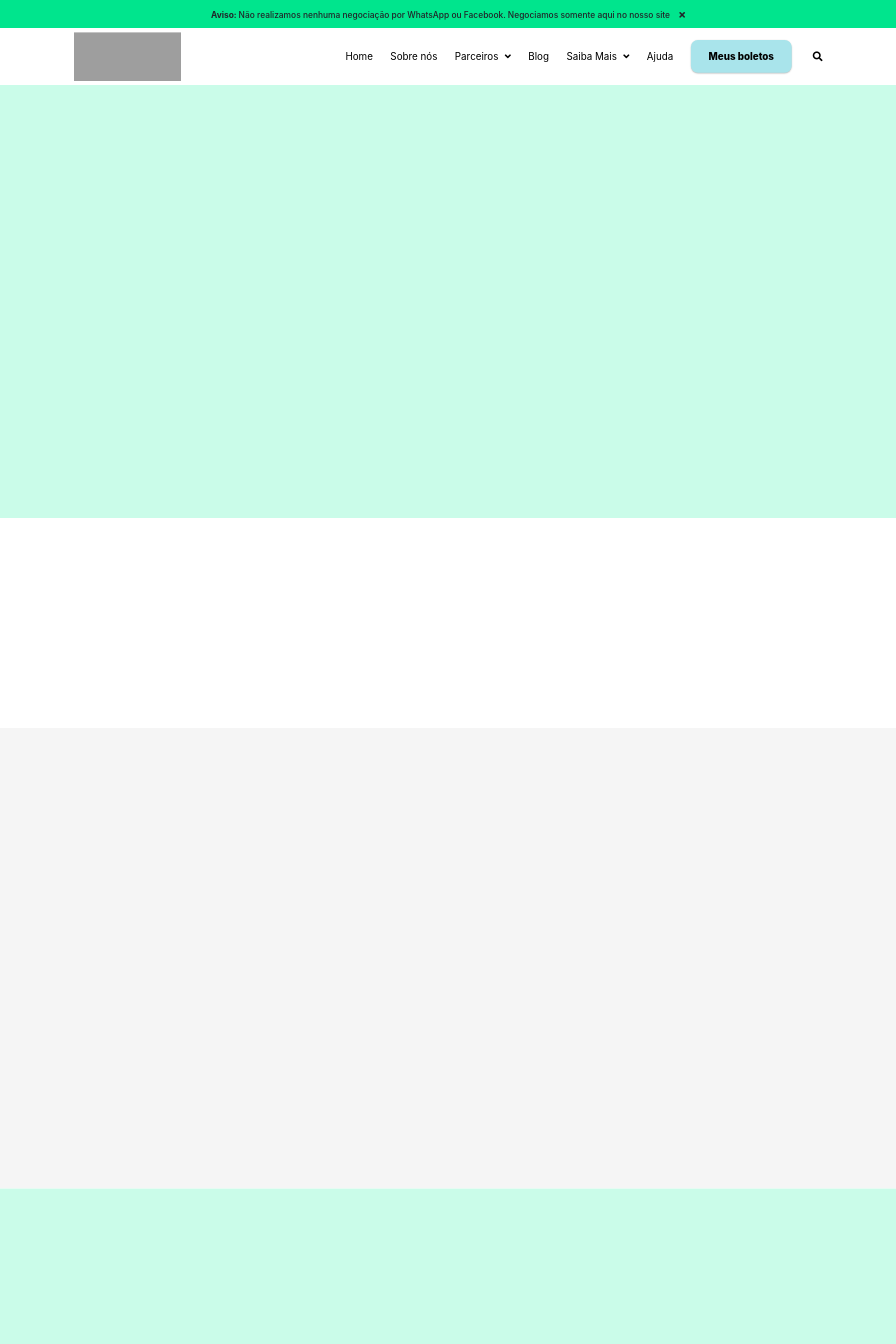
Repository: dasilvaoscar/estudos
Page: Layouts/index.html
An editor plug-in stored every save of this project. The page is shown before and after the next save, followed by the edit.
The browser window is 1280 px wide. The pictures show the part of the page from y = 0 to 1920 px (the page is 5030 px tall), at 70% of full size.
Pictures or frames that could not be fetched are drawn as grey boxes. Some web fonts or font styles are not loaded; a fallback is used.

Above is the page before, as saved 2021-02-01 09:57:33.
Console error: TypeError: Cannot read properties of null (reading 'style')

After the next save:
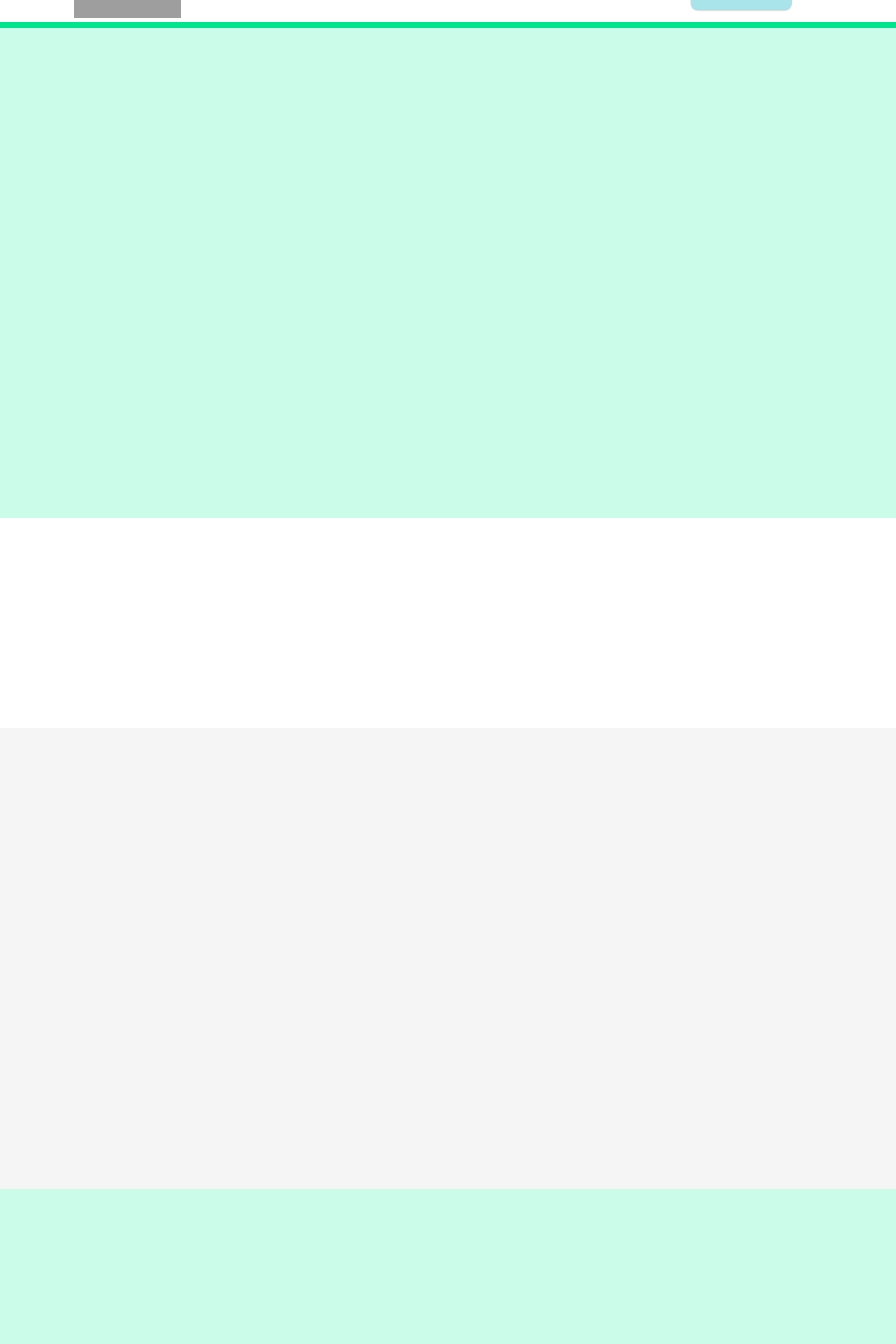
The error is gone.
Saved 22 s later.
--- a/Layouts/index.html
+++ b/Layouts/index.html
@@ -29,7 +29,7 @@
             </a>
         </p>
     </section>
-    <header>
+    <header id="header">
         <figure>
             <img src="./assets/img/logo-quiteja.png" alt="Logo QuiteJá" title="Logo QuiteJá">
         </figure>
